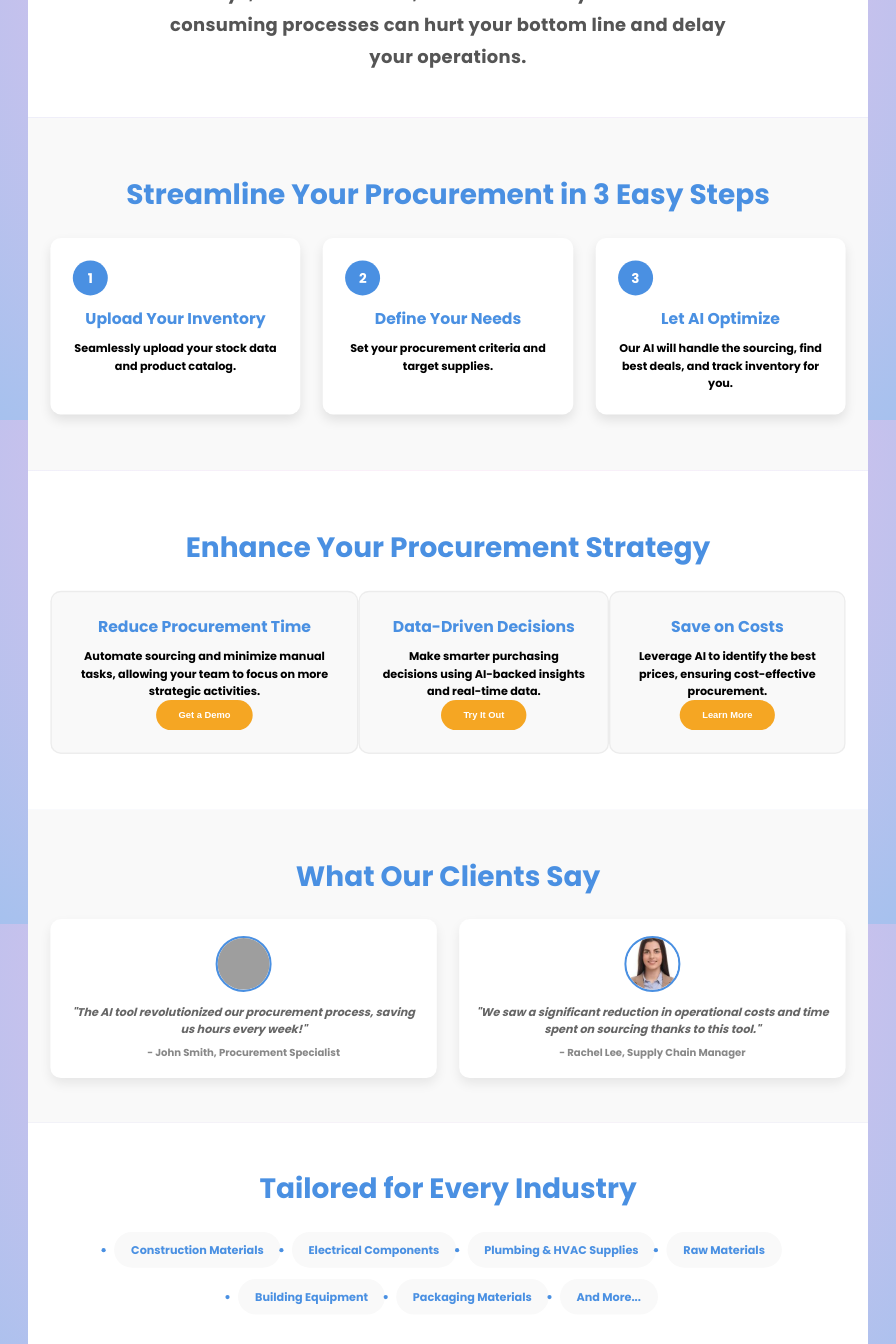
Repository: aabhashbasnet/SSNCorporation
Page: /who-we-serve/suppliers
The author's editor kept a copy of each file at every save. The page is drawn from the files as they stood at one save, then again after the next save.
The browser window is 1280 px wide. The pictures show the part of the page from y = 840 to 2760 px (the page is 3077 px tall), at 70% of full size.
Pictures or frames that could not be fetched are drawn as grey boxes. The project was rebuilt for these pictures with package versions that can differ from the ones it lists, and the page was loaded fresh each time. Also part of the build but not shown: src/components/Main/Main.jsx, src/components/Working/Working.css, src/components/Working/Working.jsx, src/components/Footer/Footer.jsx, src/pages/OurMission/OurMission.jsx, src/pages/LoginSignUp/LoginSignUp.css, src/pages/LoginSignUp/LoginSignUp.jsx, src/pages/Industries/Industries.jsx and 12 more.

Above is the page before, as saved 2025-02-11 13:24:01.

### src/index.css
/* index.css or App.css */
body {
  margin: 0;
  padding: 0;
  font-family: 'Poppins', sans-serif; /* Optional: Add modern typography */
  /* background: linear-gradient(to bottom, #0a192f, #162447); */
  /* background: linear-gradient(to bottom, #0a192f, #004aad); */
  /* background: radial-gradient(circle at top, #00c6ff, #0072ff, #0a192f);
  background: radial-gradient(circle at top, #ff7e5f, #feb47b, #f4f4f4);
  background: radial-gradient(circle at top, #6a11cb, #2575fc);
  background: radial-gradient(circle at top, #ff416c, #ff4b2b); */
  background: radial-gradient(circle at top, #fbc2eb, #a6c1ee);
  /* color: white; Ensures text is readable */
  min-height: 100vh;
}

### src/App.css
.app-container {
  min-height: 100vh;
  display: flex;
  flex-direction: column;
  background-size: cover;
  background-position: center;
}

### src/components/Main/Main.css
/* Ensure the main content takes up the remaining spaces */
html, body {
  height: 100%;
  margin: 0;
}

/* Main content styling */
.main-content {
  padding: 50px 20px;
  text-align: center; /* Center align the content */
  min-height: calc(100vh - 80px); /* Adjust height to fill the remaining space after navbar */
  display: flex;
  flex-direction: column;
  justify-content: center;
  align-items: center; /* Ensure content is centered horizontally */
}

/* Headline styling */
.headline {
  font-family: Verdana, Geneva, Tahoma, sans-serif;
  font-size: 72px; /* Increased font size */
  font-weight: bold;
  color: #333; /* Dark color for readability */
  margin-bottom: 20px;
  line-height: 1.2;
  white-space: normal; /* Allow line breaks */
  display: inline-block; /* Make it an inline-block element */
  max-width: 90%; /* Set a max-width for better control */
}

/* Description styling */
.description {
  font-size: 18px;
  font-weight: bolder;
  color: white; /* Slightly lighter color */
  max-width: 800px; /* Set max-width to avoid overly long lines */
  margin: 0 auto; /* Center align */
  line-height: 1.6;
}

.instant {
  color: red;
}

/* Button container styling */
.button-container {
  display: flex;
  gap: 20px; /* Add space between buttons */
  justify-content: center;
  margin-top: 20px;
  flex-wrap: wrap; /* Ensure buttons wrap on small screens */
  align-items: center; /* Center the buttons */
}

/* Button base styling */
.button {
  padding: 12px 30px;
  font-size: 16px;
  font-weight: bold;
  border: none;
  border-radius: 5px;
  cursor: pointer;
  transition: transform 0.3s ease, background-color 0.3s ease;
  display: inline-block;
}

/* Default button styling (for both buttons) */
.button:hover {
  transform: translateY(-3px);
}

/* "Get Started" button styling */
.button.primary {
  background-color: #007bff; /* Blue color */
  color: white;
  font-size: larger;
}

.button.primary:hover {
  background-color: #0056b3; /* Darker blue on hover */
}

/* "Connect with Us" button styling */
.button.connect {
  background-color: #28a745; /* Green color */
  color: white;
}

.button.connect:hover {
  background-color: #218838; /* Darker green on hover */
}

/* Add some responsive styling */
@media (max-width: 768px) {
  .headline {
    font-size: 48px; /* Adjust the headline font size on mobile */
  }

  .description {
    font-size: 16px; /* Adjust description font size on mobile */
    padding: 0 20px; /* Add padding on sides for better readability */
  }

  .button-container {
    flex-direction: column; /* Stack buttons on mobile */
    align-items: center; /* Center align the buttons */
  }

  .button {
    width: 100%; /* Make buttons full width on small screens */
    max-width: 300px; /* Set a maximum width for buttons */
    margin: 10px 0; /* Add margin for space between buttons */
  }
}

### src/components/Footer/Footer.css
.footer {
    background-color: #333;
    background: #2c3e50; /* Dark blue/gray */
    background: radial-gradient(circle at top, #333, #555);
    background: radial-gradient(circle at top, #4b0082, #2c003e);
    background: radial-gradient(circle at top, #2a2a2a, #3b3b3b);
    background: radial-gradient(circle at top, #2a2a2a, #4e4e4e);

    color: white;
    padding: 30px;
  }

  .footer-content {
    display: flex;
    flex-wrap: wrap;
    justify-content: space-around;
    max-width: 1200px;
    margin: 0 auto;
  }

  .footer-section {
    flex: 1 1 30%;
    margin-bottom: 20px;
    text-align: center;
  }

  .logo {
    width: 120px;
    height: auto;
    margin-bottom: 15px;
  }

  .social-links {
    display: flex;
    justify-content: center; /* Center social icons */
    gap: 20px;
  }

  .social-icon {
    font-size: 28px;
    color: white;
    transition: color 0.3s ease;
  }

  .social-icon:hover {
    color: #0e76a8;
  }


  .footer-section h4 {
    font-size: 1.5rem; /* Use rem for scalable font sizes */
    font-weight: bold;
    margin-bottom: 10px;
    color: rgb(11, 240, 11);
    text-transform: uppercase;
  }
  .footer-nav {
    list-style: none;
    padding: 0;
    margin: 0;
  }

  .footer-nav li {
    margin-bottom: 10px;
  }

  .footer-nav a {
    font-size: 1rem;
    color: hsl(0, 0%, 100%);
    text-decoration: none;
    transition: color 0.3s ease;
  }

  .footer-nav a:hover {
    color: #0e76a8;
  }

  .newsletter {
    display: flex;
    flex-direction: column; /* Stack input and button */
    align-items: center; /* Center content horizontally */
  }

  .email-input {
    padding: 10px;
    border: 1px solid #fff;
    border-radius: 5px;
    width: 80%; /* Make input responsive */
    margin-bottom: 10px;
    background-color: #444;
    color: white;
  }

  .subscribe-button {
    padding: 10px 20px;
    background-color: #d31b1b;
    color: white;
    border: none;
    border-radius: 5px;
    cursor: pointer;
    transition: background-color 0.3s ease;
    width: 80%; /* Make button responsive */
  }

  .subscribe-button:hover {
    background-color: #b91b1b;
  }

  @media screen and (max-width: 768px) {
    .footer-section {
      flex: 1 1 100%; /* Each section takes full width on mobile */
      margin-bottom: 20px; /* Add space between sections */
    }

    .newsletter {
      flex-direction: column; /* Stack input and button vertically */
      align-items: center; /* Center the content horizontally */
    }

    .email-input,
    .subscribe-button {
      width: 100%; /* Full width input and button */
    }

    .footer-nav li {
      margin-bottom: 5px; /* Reduce margin between links */
    }
  }

### src/pages/Industries/Industries.css
/* Import Poppins font */
@import url('https://fonts.googleapis.com/css2?family=Poppins:wght@700&display=swap');

.industries-container {
  padding: 5rem 1rem;
}

.industries-title {
  font-family: Arial, Helvetica, sans-serif;
  text-align: center;
  font-size: 2.9rem;
  color: #1f2937;
  margin-bottom: 1rem;
  font-weight: 1000;
}

.industries-subtitle {
  text-align: center;
  color: #4b5563;
  font-size: 1.125rem;
  max-width: 800px;
  margin: 0 auto 3rem;
  line-height: 1.6;
}

.industries-grid {
  display: grid;
  gap: 2rem;
  grid-template-columns: 1fr;
}

.industry-card {
  background: white;
  padding: 2.5rem;
  border-radius: 1rem;
  box-shadow: 0 4px 6px -1px rgba(0, 0, 0, 0.1);
  transition: transform 0.3s ease, box-shadow 0.3s ease;
}

.industry-card:hover {
  transform: translateY(-5px);
  box-shadow: 0 10px 15px -3px rgba(0, 0, 0, 0.1);
}

.icon-container {
  width: 60px;
  height: 60px;
  border-radius: 50%;
  display: flex;
  align-items: center;
  justify-content: center;
  margin-bottom: 1.5rem;
}

.industry-icon {
  font-size: 2.5rem;
  color: white;
}

.industry-title {
  color: #1f2937;
  font-size: 1.5rem;
  margin: 1.5rem 0 1rem;
  font-weight: 600;
}

.industry-description {
  color: #4b5563;
  line-height: 1.6;
  margin-bottom: 1.5rem;
}

.learn-more-btn {
  color: #3b82f6;
  text-decoration: none;
  font-weight: 500;
  display: inline-flex;
  align-items: center;
  gap: 0.5rem;
  transition: color 0.3s ease;
}

.learn-more-btn:hover {
  color: #2563eb;
}

@media (min-width: 768px) {
  .industries-grid {
    grid-template-columns: repeat(2, 1fr);
  }
}

@media (min-width: 1024px) {
  .industries-grid {
    grid-template-columns: repeat(4, 1fr);
  }

  .industries-title {
    font-size: 3rem;
  }

  .industries-subtitle {
    font-size: 1.25rem;
  }
}

### src/pages/Industries/GeneralConstruction.css
/* Reset and base styles */
* {
  margin: 0;
  padding: 0;
  box-sizing: border-box;
}

body {
  background-color: #f5f7fa;
}

/* General section styling */
section {
  padding: 4rem 2rem;
  max-width: 1200px;
  margin: 0 auto;
}

/* Overview section */
.overview-section {
  display: flex;
  gap: 3rem;
  align-items: center;
  min-height: 80vh;
  background: linear-gradient(135deg, #e8f4fd 0%, #f5f7fa 100%);
  border-radius: 20px;
  margin: 2rem auto;
}

.overview-text {
  flex: 1;
}

.overview-text h1 {
  font-size: 3rem;
  margin-bottom: 1.5rem;
  color: #2c3e50;
  line-height: 1.2;
  font-weight: 700;
}

.overview-text p {
  font-size: 1.1rem;
  line-height: 1.6;
  color: #5a6c7d;
  margin-bottom: 1.5rem;
}

.overview-image {
  flex: 1;
  position: relative;
}

.overview-image img {
  width: 100%;
  height: auto;
  border-radius: 15px;
  box-shadow: 0 20px 40px rgba(0, 0, 0, 0.1);
}

/* Features and Benefits section */
.features-benefits {
  background: linear-gradient(135deg, #f5f7fa 0%, #e8f4fd 100%);
  text-align: center;
  padding: 5rem 2rem;
  border-radius: 20px;
  margin: 2rem auto;
}

.features-benefits h2 {
  font-size: 2.5rem;
  color: #2c3e50;
  margin-bottom: 3rem;
  font-weight: 700;
}

.feature-card {
  background: rgba(255, 255, 255, 0.9);
  padding: 2rem;
  border-radius: 10px;
  box-shadow: 0 10px 20px rgba(0, 0, 0, 0.05);
  transition: transform 0.3s ease;
  text-align: center;
}

.feature-card:hover {
  transform: translateY(-5px);
  background: rgba(255, 255, 255, 0.95);
  box-shadow: 0 15px 30px rgba(0, 0, 0, 0.1);
}

.feature-card i {
  font-size: 2.5rem;
  margin-bottom: 1rem;
}

.feature-card h3 {
  font-size: 1.5rem;
  color: #2c3e50;
  margin-bottom: 1rem;
  font-weight: 600;
}

.feature-card p {
  color: #5a6c7d;
  line-height: 1.5;
}

/* CTA section */
.cta-section {
  text-align: center;
  background: linear-gradient(135deg, #3498db, #2980b9);
  color: white;
  border-radius: 15px;
  margin: 2rem auto;
  padding: 4rem 2rem;
  box-shadow: 0 15px 30px rgba(41, 128, 185, 0.2);
}

.cta-section h2 {
  font-size: 2.5rem;
  margin-bottom: 1.5rem;
  font-weight: 700;
}

.cta-section p {
  font-size: 1.2rem;
  margin-bottom: 2rem;
  max-width: 600px;
  margin-left: auto;
  margin-right: auto;
  line-height: 1.6;
}

.cta-button {
  display: inline-block;
  padding: 1rem 2rem;
  font-size: 1.2rem;
  font-weight: 600;
  text-decoration: none;
  color: white;
  background: linear-gradient(135deg, #28a745, #218838);
  border-radius: 30px;
  transition: all 0.3s ease;
  cursor: pointer;
  border: 2px solid transparent;
  box-shadow: 0 4px 15px rgba(40, 167, 69, 0.2);
}

.cta-button:hover {
  transform: scale(1.05);
  box-shadow: 0 6px 20px rgba(40, 167, 69, 0.3);
  background: linear-gradient(135deg, #218838, #28a745);
  color: white;
  border-color: rgba(255, 255, 255, 0.2);
}

/* Responsive Design */
@media (max-width: 1024px) {
  .features-grid {
      grid-template-columns: repeat(2, 1fr);
  }
}

@media (max-width: 768px) {
  .overview-section {
      flex-direction: column;
      text-align: center;
  }

  .overview-text h1 {
      font-size: 2.5rem;
  }

  .features-grid {
      grid-template-columns: 1fr;
  }

  .cta-section h2 {
      font-size: 2rem;
  }
}

@media (max-width: 480px) {
  section {
      padding: 2rem 1rem;
  }

  .overview-text h1 {
      font-size: 2rem;
  }

  .features-benefits h2 {
      font-size: 2rem;
  }

  .feature-card {
      margin: 0;
  }

  .cta-button {
      width: 90%;
      max-width: 300px;
  }
}

### src/pages/Industries/FacilitiesMaintainance.css
/* Reset and base styles */
* {
  margin: 0;
  padding: 0;
  box-sizing: border-box;
}

body {
  background-color: #f5f7fa;
}

/* General section styling */
section {
  padding: 4rem 2rem;
  max-width: 1200px;
  margin: 0 auto;
}

/* Overview section */
.overview-section {
  display: flex;
  gap: 3rem;
  align-items: center;
  min-height: 80vh;
  background: linear-gradient(135deg, #e8f4fd 0%, #f5f7fa 100%);
  border-radius: 20px;
  margin: 2rem auto;
}

.overview-text {
  flex: 1;
}

.overview-text h1 {
  font-size: 3rem;
  margin-bottom: 1.5rem;
  color: #2c3e50;
  line-height: 1.2;
  font-weight: 700;
}

.overview-text p {
  font-size: 1.1rem;
  line-height: 1.6;
  color: #5a6c7d;
  margin-bottom: 1.5rem;
}

.overview-image {
  flex: 1;
  position: relative;
}

.overview-image img {
  width: 100%;
  height: auto;
  border-radius: 15px;
  box-shadow: 0 20px 40px rgba(0, 0, 0, 0.1);
}

/* Features and Benefits section */
.features-benefits {
  background: linear-gradient(135deg, #f5f7fa 0%, #e8f4fd 100%);
  text-align: center;
  padding: 5rem 2rem;
  border-radius: 20px;
  margin: 2rem auto;
}

.features-benefits h2 {
  font-size: 2.5rem;
  color: #2c3e50;
  margin-bottom: 3rem;
  font-weight: 700;
}

.feature-card {
  background: rgba(255, 255, 255, 0.9);
  padding: 2rem;
  border-radius: 10px;
  box-shadow: 0 10px 20px rgba(0, 0, 0, 0.05);
  transition: transform 0.3s ease;
  text-align: center;
}

.feature-card:hover {
  transform: translateY(-5px);
  background: rgba(255, 255, 255, 0.95);
  box-shadow: 0 15px 30px rgba(0, 0, 0, 0.1);
}

.feature-card i {
  font-size: 2.5rem;
  margin-bottom: 1rem;
}

.feature-card h3 {
  font-size: 1.5rem;
  color: #2c3e50;
  margin-bottom: 1rem;
  font-weight: 600;
}

.feature-card p {
  color: #5a6c7d;
  line-height: 1.5;
}

/* CTA section */
.cta-section {
  text-align: center;
  background: linear-gradient(135deg, #3498db, #2980b9);
  color: white;
  border-radius: 15px;
  margin: 2rem auto;
  padding: 4rem 2rem;
  box-shadow: 0 15px 30px rgba(41, 128, 185, 0.2);
}

.cta-section h2 {
  font-size: 2.5rem;
  margin-bottom: 1.5rem;
  font-weight: 700;
}

.cta-section p {
  font-size: 1.2rem;
  margin-bottom: 2rem;
  max-width: 600px;
  margin-left: auto;
  margin-right: auto;
  line-height: 1.6;
}

.cta-button {
  display: inline-block;
  padding: 1rem 2rem;
  font-size: 1.2rem;
  font-weight: 600;
  text-decoration: none;
  color: white;
  background: linear-gradient(135deg, #28a745, #218838);
  border-radius: 30px;
  transition: all 0.3s ease;
  cursor: pointer;
  border: 2px solid transparent;
  box-shadow: 0 4px 15px rgba(40, 167, 69, 0.2);
}

.cta-button:hover {
  transform: scale(1.05);
  box-shadow: 0 6px 20px rgba(40, 167, 69, 0.3);
  background: linear-gradient(135deg, #218838, #28a745);
  color: white;
  border-color: rgba(255, 255, 255, 0.2);
}

/* Responsive Design */
@media (max-width: 1024px) {
  .features-grid {
      grid-template-columns: repeat(2, 1fr);
  }
}

@media (max-width: 768px) {
  .overview-section {
      flex-direction: column;
      text-align: center;
  }

  .overview-text h1 {
      font-size: 2.5rem;
  }

  .features-grid {
      grid-template-columns: 1fr;
  }

  .cta-section h2 {
      font-size: 2rem;
  }
}

@media (max-width: 480px) {
  section {
      padding: 2rem 1rem;
  }

  .overview-text h1 {
      font-size: 2rem;
  }

  .features-benefits h2 {
      font-size: 2rem;
  }

  .feature-card {
      margin: 0;
  }

  .cta-button {
      width: 90%;
      max-width: 300px;
  }
}

### src/pages/WhoWeServe/Suppliers.css
/* Suppliers.css */

/* CSS Reset */
* {
    margin: 0;
    padding: 0;
    box-sizing: border-box;
  }

  /* Hero Section */
  .hero {
    background: linear-gradient(135deg, #4a90e2, #50e3c2);
    color: #ffffff;
    padding: 6rem 2rem;
    text-align: center;
    position: relative;
    overflow: hidden;
  }

  .hero::after {
    content: '';
    position: absolute;
    bottom: -20px;
    left: 0;
    width: 100%;
    height: 50px;
    background: #f9f9f9;
    border-radius: 50% 50% 0 0;
  }

  .hero-content {
    position: relative;
    z-index: 1;
    max-width: 800px;
    margin: 0 auto;
  }

  .hero h1 {
    font-size: 3rem;
    margin-bottom: 1rem;
    font-weight: 700;
  }

  .hero p {
    font-size: 1.2rem;
    margin-bottom: 2rem;
  }

  .hero-buttons {
    display: inline-flex;
    gap: 1rem;
    flex-wrap: wrap;
    justify-content: center;
  }

  button {
    padding: 0.9rem 2rem;
    border: none;
    border-radius: 30px;
    font-weight: 600;
    cursor: pointer;
    transition: all 0.3s ease;
  }

  /* Button Styles */
  .cta-demo {
    background: #f5a623;
    color: #ffffff;
  }

  .cta-demo:hover {
    transform: translateY(-2px);
  }

  .cta-experience {
    background: transparent;
    border: 2px solid #ffffff;
    color: #ffffff;
  }

  .cta-experience:hover {
    background: rgba(255, 255, 255, 0.2);
    transform: translateY(-2px);
  }

  /* Section Common Styles */
  section {
    padding: 5rem 2rem;
  }

  /* Headings */
  h2 {
    font-size: 2.5rem;
    text-align: center;
    margin-bottom: 2rem;
    color: #4a90e2;
    font-weight: 700;
  }

  h3 {
    font-size: 1.4rem;
    font-weight: 600;
    margin-bottom: 0.8rem;
    color: #4a90e2;
  }

  /* Challenges Section */
  .challenges {
    background: #ffffff;
    text-align: center;
    padding: 4rem 2rem;
  }

  .challenges h2 {
    margin-bottom: 1.5rem;
  }

  .challenges p {
    font-size: 1.6rem;
    font-weight: 600;
    color: #555;
    max-width: 800px;
    margin: 0 auto;
    line-height: 1.8;
    letter-spacing: 0.5px;
  }

  /* Process Section */
  .process {
    background: #f9f9f9;
    text-align: center;
  }

  .steps {
    display: grid;
    grid-template-columns: repeat(auto-fit, minmax(250px, 1fr));
    gap: 2rem;
    margin-top: 2rem;
  }

  .step {
    background: #ffffff;
    padding: 2rem;
    border-radius: 15px;
    box-shadow: 0 8px 16px rgba(0, 0, 0, 0.1);
    transition: all 0.3s ease;
  }

  .step:hover {
    transform: translateY(-5px);
  }

  .step-number {
    width: 50px;
    height: 50px;
    background: #4a90e2;
    color: #ffffff;
    border-radius: 50%;
    display: flex;
    align-items: center;
    justify-content: center;
    font-size: 1.2rem;
    font-weight: 700;
    margin-bottom: 1rem;
  }

  /* Benefits Section */
  .benefits {
    background: #ffffff;
    text-align: center;
  }

  .benefit-container {
    display: flex;
    justify-content: ;
  }

  .benefit {
    background: #f9f9f9;
    padding: 2rem;
    border-radius: 15px;
    border: 2px solid rgba(0, 0, 0, 0.05);
    transition: all 0.3s ease;
  }

  .benefit:hover {
    transform: translateY(-5px);
    border-color: #4a90e2;
  }

  /* Testimonials Section */
  .testimonials {
    background: #f9f9f9;
    text-align: center;
    padding: 4rem 2rem;
  }

  .testimonial-container {
    display: grid;
    grid-template-columns: repeat(auto-fit, minmax(280px, 1fr));
    gap: 2rem;
    margin-top: 2rem;
  }

  .testimonial {
    background: #ffffff;
    padding: 1.5rem;
    border-radius: 15px;
    box-shadow: 0 8px 16px rgba(0, 0, 0, 0.08);
  }

  .testimonial-image-container {
    width: 80px;
    height: 80px;
    border-radius: 50%;
    overflow: hidden;
    margin: 0 auto 1rem;
    border: 3px solid #4a90e2;
  }

  .testimonial-image {
    width: 100%;
    height: 100%;
    object-fit: cover;
  }

  .testimonial p {
    font-size: 1rem;
    font-style: italic;
    color: #666;
    margin-bottom: 0.5rem;
  }

  .testimonial span {
    font-size: 0.9rem;
    color: #888;
  }

  /* Categories Section */
  .categories {
    background: #ffffff;
    text-align: center;
    padding: 4rem 2rem;
  }

  .categories ul {
    display: flex;
    flex-wrap: wrap;
    gap: 1rem;
    justify-content: center;
    margin-top: 2rem;
  }

  .categories li {
    background: #f9f9f9;
    color: #4a90e2;
    padding: 0.8rem 1.5rem;
    border-radius: 50px;
    font-weight: 500;
    transition: all 0.3s ease;
  }

  .categories li:hover {
    background: #4a90e2;
    color: #ffffff;
    transform: translateY(-2px);
  }

  /* Final Call-to-Action Section */
  .cta-final {
    background: #f5a623;
    color: #ffffff;
    text-align: center;
    padding: 5rem 2rem;
    position: relative;
    overflow: hidden;
  }

  .cta-final::before {
    content: '';
    position: absolute;
    top: -50%;
    left: -50%;
    width: 200%;
    height: 200%;
    background: radial-gradient(circle at center, rgba(255, 255, 255, 0.2), transparent);
    transform: rotate(45deg);
  }

  .cta-final h2 {
    font-size: 2.5rem;
    margin-bottom: 2rem;
    position: relative;
    z-index: 1;
  }

  .cta-buttons {
    display: inline-flex;
    gap: 1rem;
    position: relative;
    z-index: 1;
  }

  .cta-free {
    background: #ffffff;
    color: #f5a623;
  }

  .cta-free:hover {
    background: #fff;
    transform: translateY(-2px);
  }

  /* Responsive Design */
  @media (max-width: 768px) {
    .hero h1 {
      font-size: 2.5rem;
    }

    .hero p {
      font-size: 1rem;
    }

    h2 {
      font-size: 2rem;
    }

    .cta-final h2 {
      font-size: 2rem;
    }
  }

Loaded but not shown: public/index.html (common file); src/index.js (common file); src/reportWebVitals.js (common file); src/App.js (63 lines, source omitted); src/components/FloatingChatButton/FloatingChatButton.jsx (177 lines, source omitted); src/components/FloatingChatButton/FloatingChatButton.css (285 lines, source omitted); src/components/Navbar/Navbar.jsx (138 lines, source omitted); src/pages/WhoWeServe/Suppliers.jsx (136 lines, source omitted); src/components/Navbar/Navbar.css (231 lines, source omitted); src/pages/Industries/Paving.css (214 lines, source omitted); src/pages/Industries/Landscaping.css (213 lines, source omitted); src/pages/OurMission/OurMission.css (228 lines, source omitted)

After the next save:
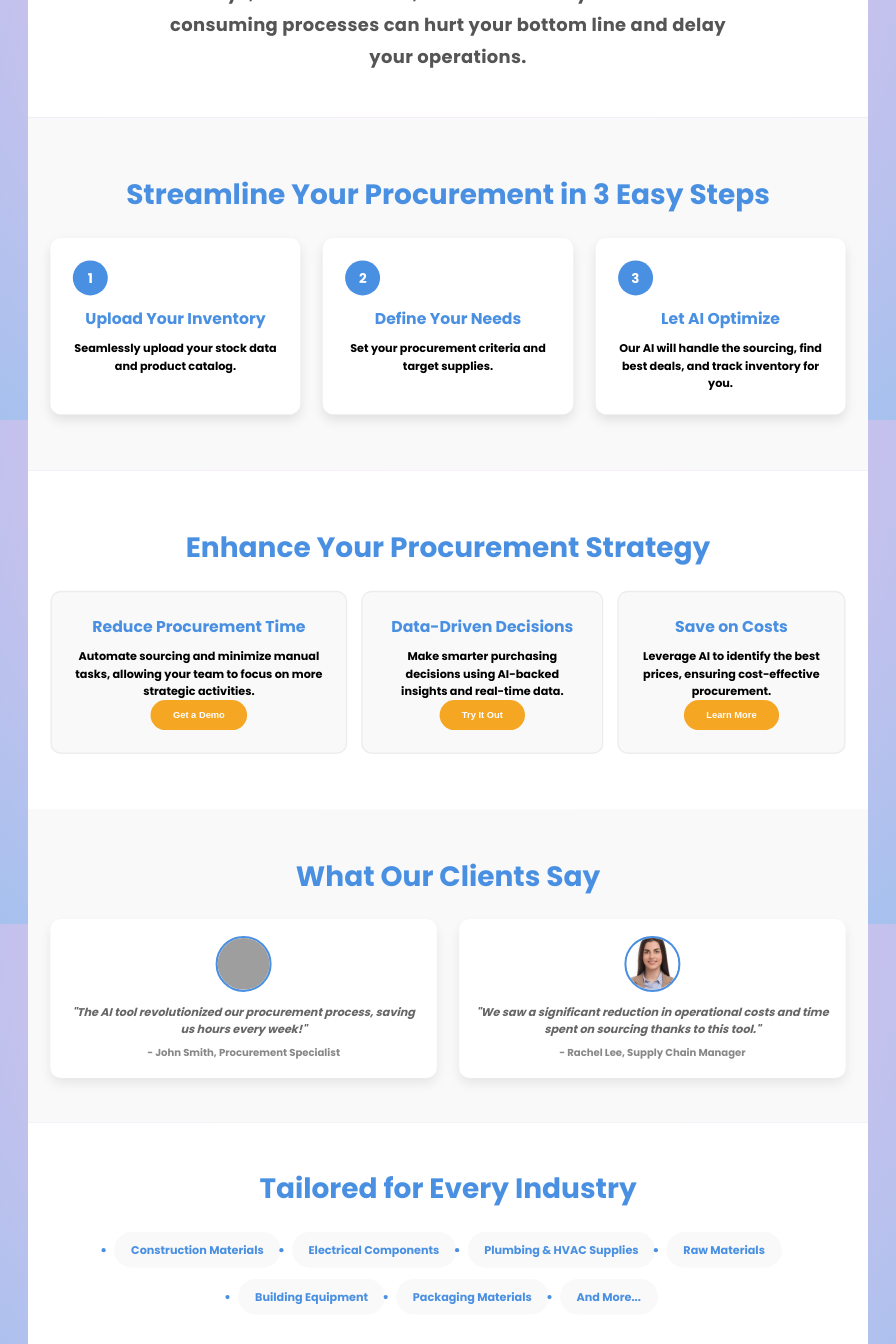
Saved 10 s later.
--- a/src/pages/WhoWeServe/Suppliers.css
+++ b/src/pages/WhoWeServe/Suppliers.css
@@ -172,7 +172,8 @@
 
   .benefit-container {
     display: flex;
-    justify-content: ;
+    justify-content: space-between;
+    gap: 20px;
   }
 
   .benefit {
